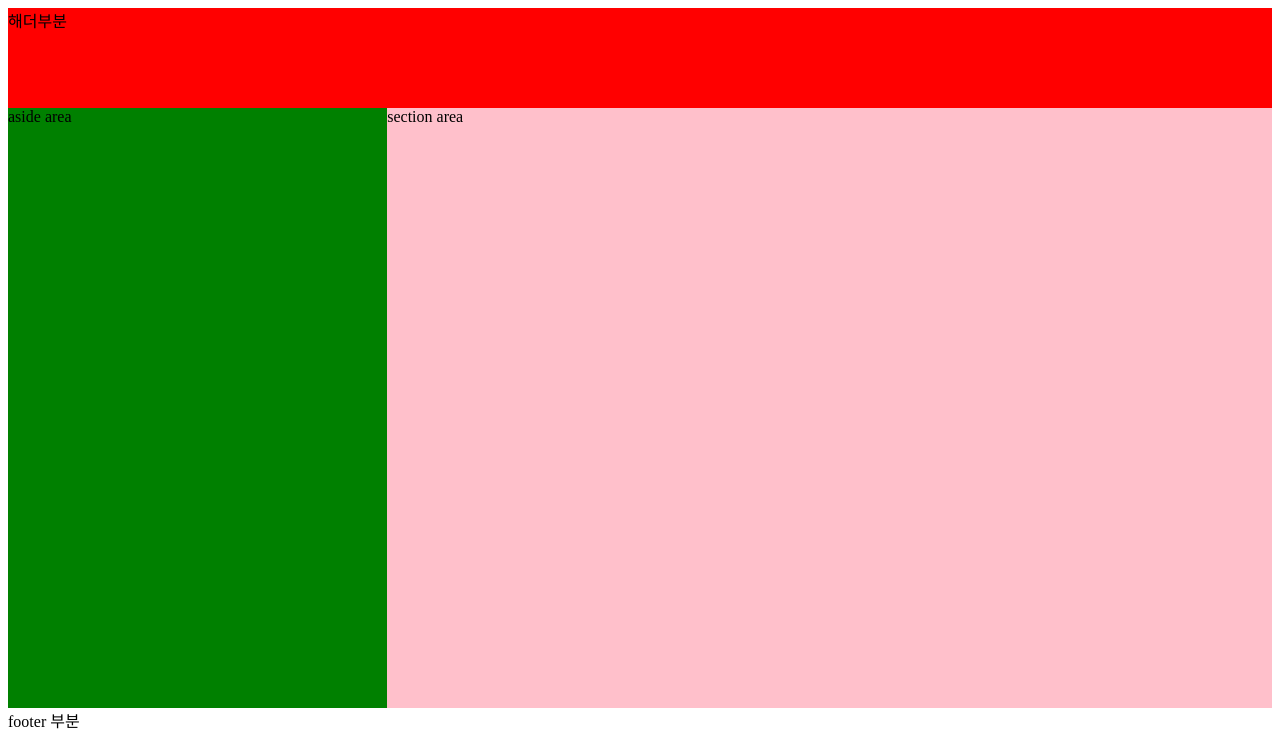
Repository: Jooheehan-kopo/web-workspace
Page: Lecture-web/WebContent/css/exam14.html
The author's editor kept a copy of each file at every save. The page is drawn from the files as they stood at one save, then again after the next save.
The browser window is 1280 px wide. The pictures show the whole page.

Above is the page before, as saved 2021-06-11 03:09:14.

### Lecture-web/WebContent/css/exam14.html
<!DOCTYPE html>
<html>
<head>
<meta charset="UTF-8">
<title>Insert title here</title>
<style>
header{
background-color: red;
height:100px;
}
aside{
background-color: green;
height:600px;
width:30%;
float:left;
}
section{
background-color: pink;
height:600px;
width:70%;
float:right;
}
footer{
background-color: orange;
height:100px;
}

</style>


</head>
<body>
	<header>해더부분</header>
	<aside> aside area</aside>
	<section>section area</section>
	<footer>footer 부분</footer>
</body>
</html>

After the next save:
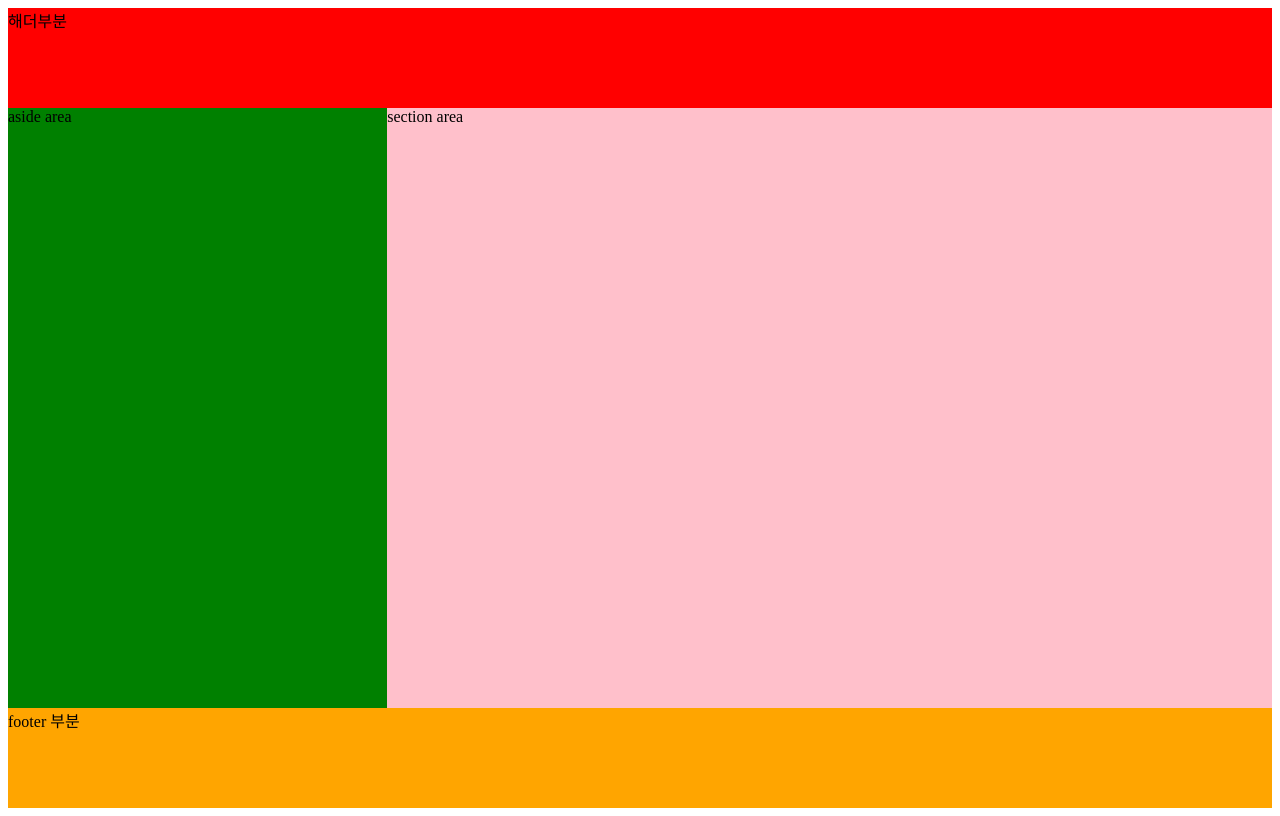
Saved 17 s later.
--- a/Lecture-web/WebContent/css/exam14.html
+++ b/Lecture-web/WebContent/css/exam14.html
@@ -23,6 +23,7 @@ float:right;
 footer{
 background-color: orange;
 height:100px;
+clear:both;
 }
 
 </style>
